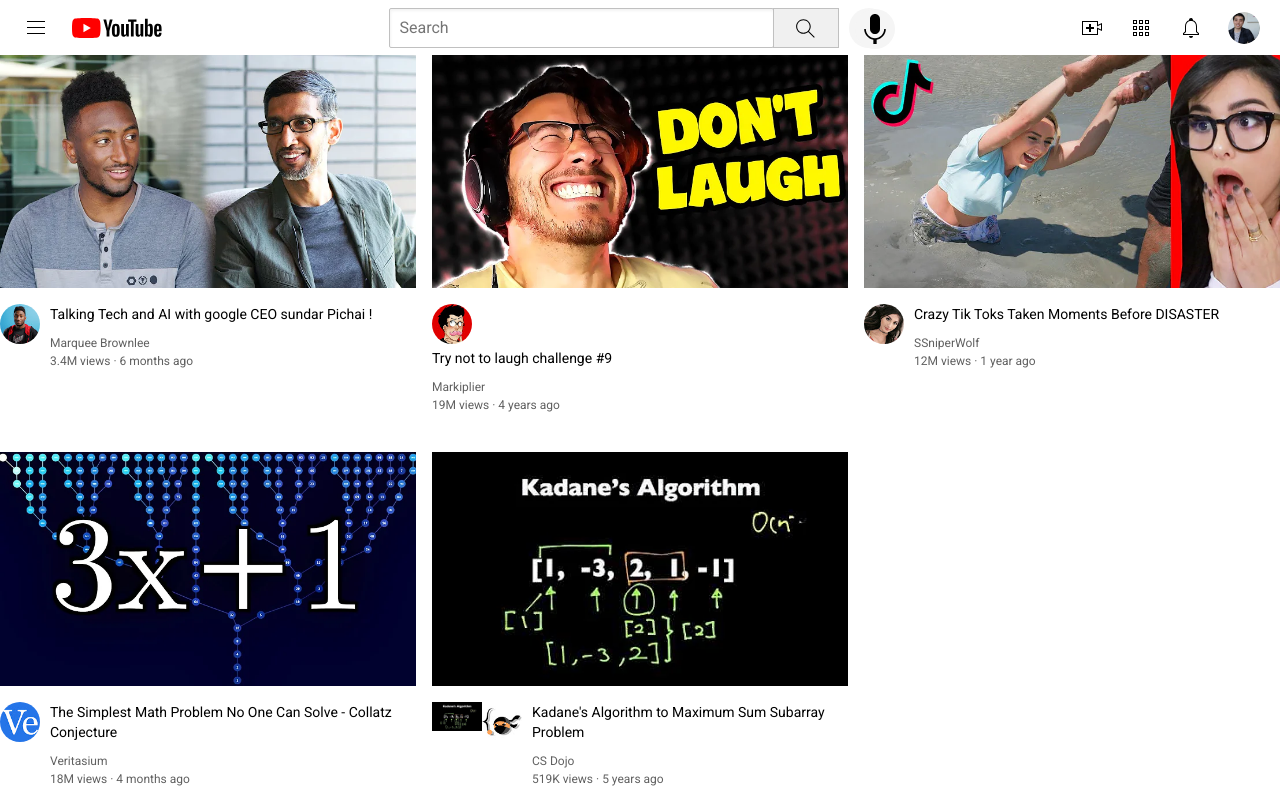
Repository: knowledgeAlan/html-css-thirteen
Page: youtube.html
These files come from the project's save history. The page is drawn as it stood at one moment and after the next save; the edit follows.
The browser window is 1280 px wide. The pictures show the whole page.

Above is the page before, as saved 2024-03-19 18:00:06.

After the next save:
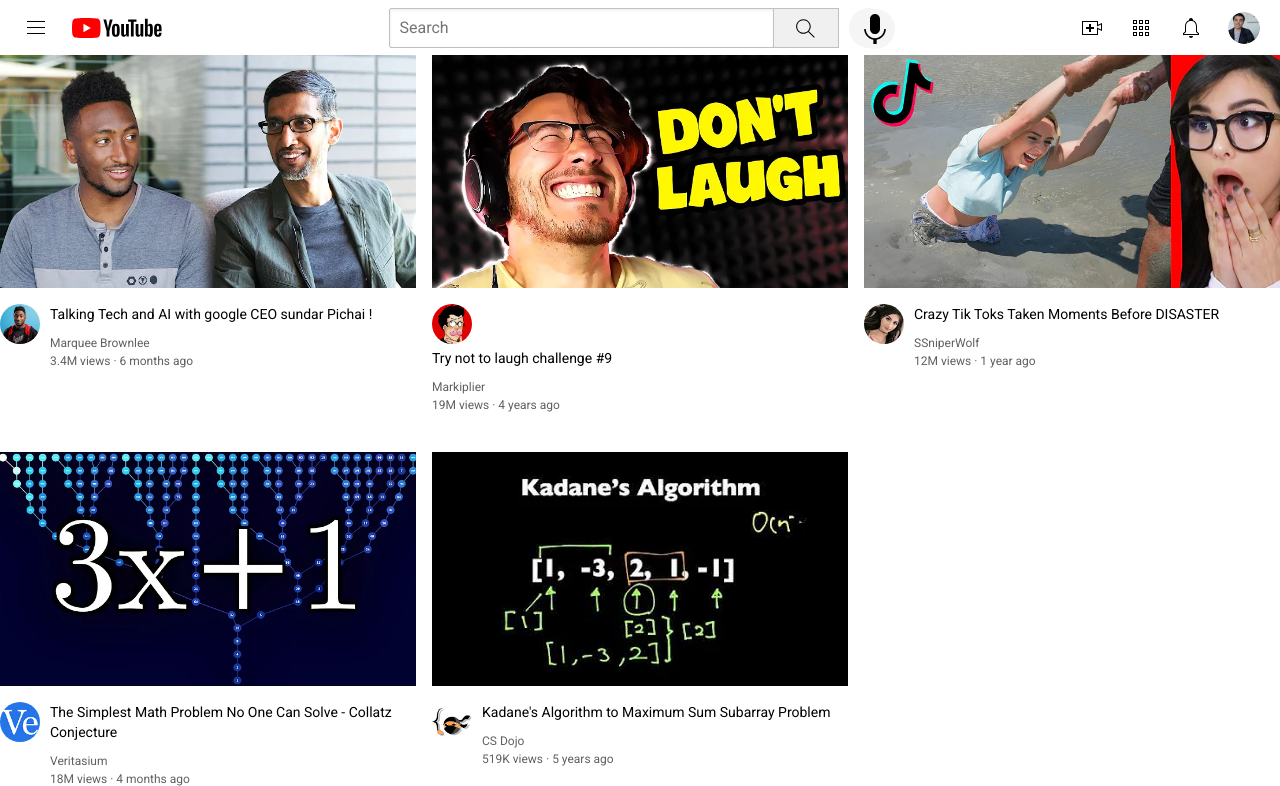
Saved 7 min 55 s later.
--- a/youtube.html
+++ b/youtube.html
@@ -168,10 +168,7 @@
                     <img class="thumbnail" src="thumbnails/thumbnail-5.webp">
                 </div>
 
-                <div  class="video-info-grid">
-                    <div class="thumbnail-row">
-                        <img class="thumbnail" src="thumbnails/thumbnail-5.webp">
-                    </div>
+
 
                     <div class="video-info-grid">
                         <div class="channel-picture">
@@ -191,11 +188,12 @@
                             <p class="video-stats">
                                 519K views &#183; 5 years ago
                             </p>
-
-                        </div>
-                    </div>
-                </div>
-            </div>
+                        <div>
+
+             </div>
+            </div>
+
+
 
 
 
